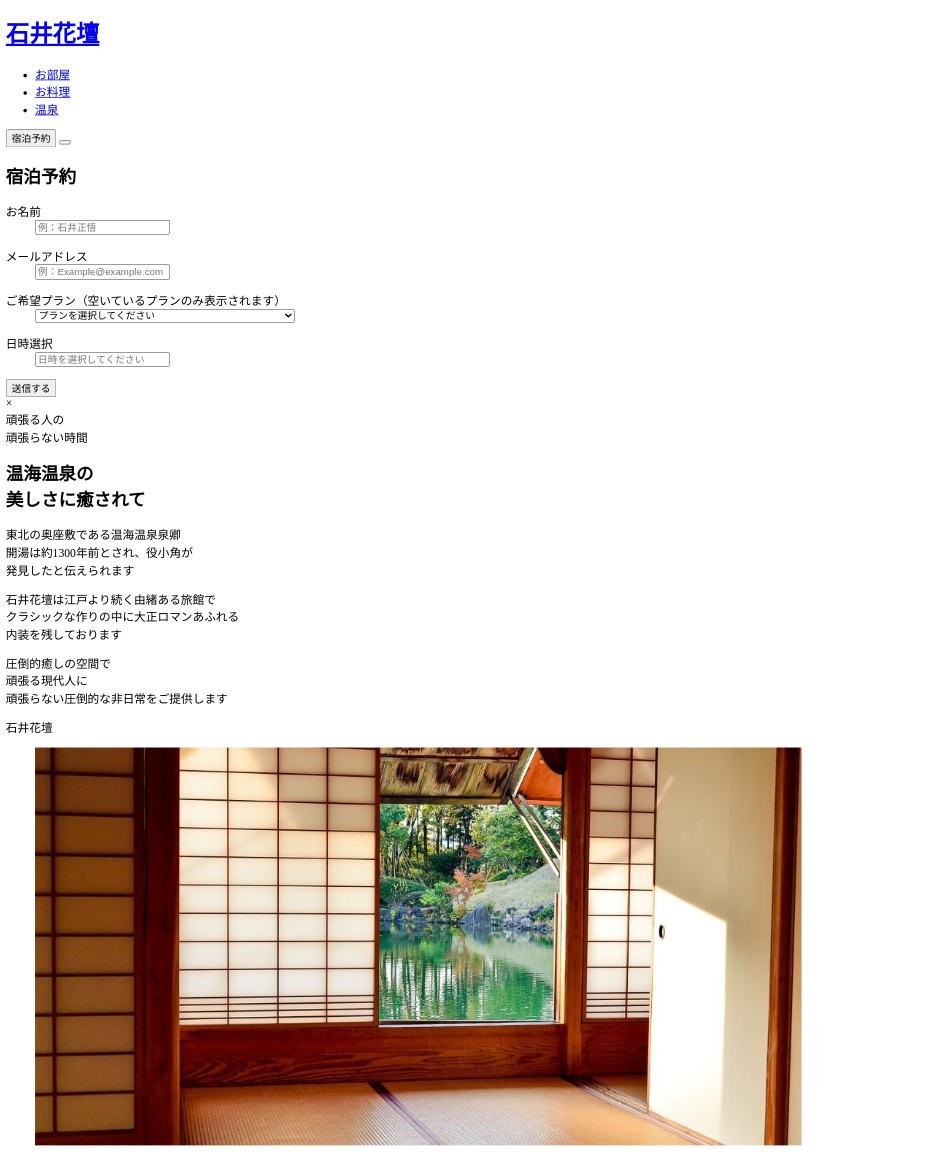
Repository: yuukiyokoyama/compex1
Page: index.html
The author's editor kept a copy of each file at every save. The page is drawn from the files as they stood at one save, then again after the next save.
The browser window is 1280 px wide. The pictures show the whole page, at 73% of full size.

Above is the page before, as saved 2021-09-16 23:57:25.

After the next save:
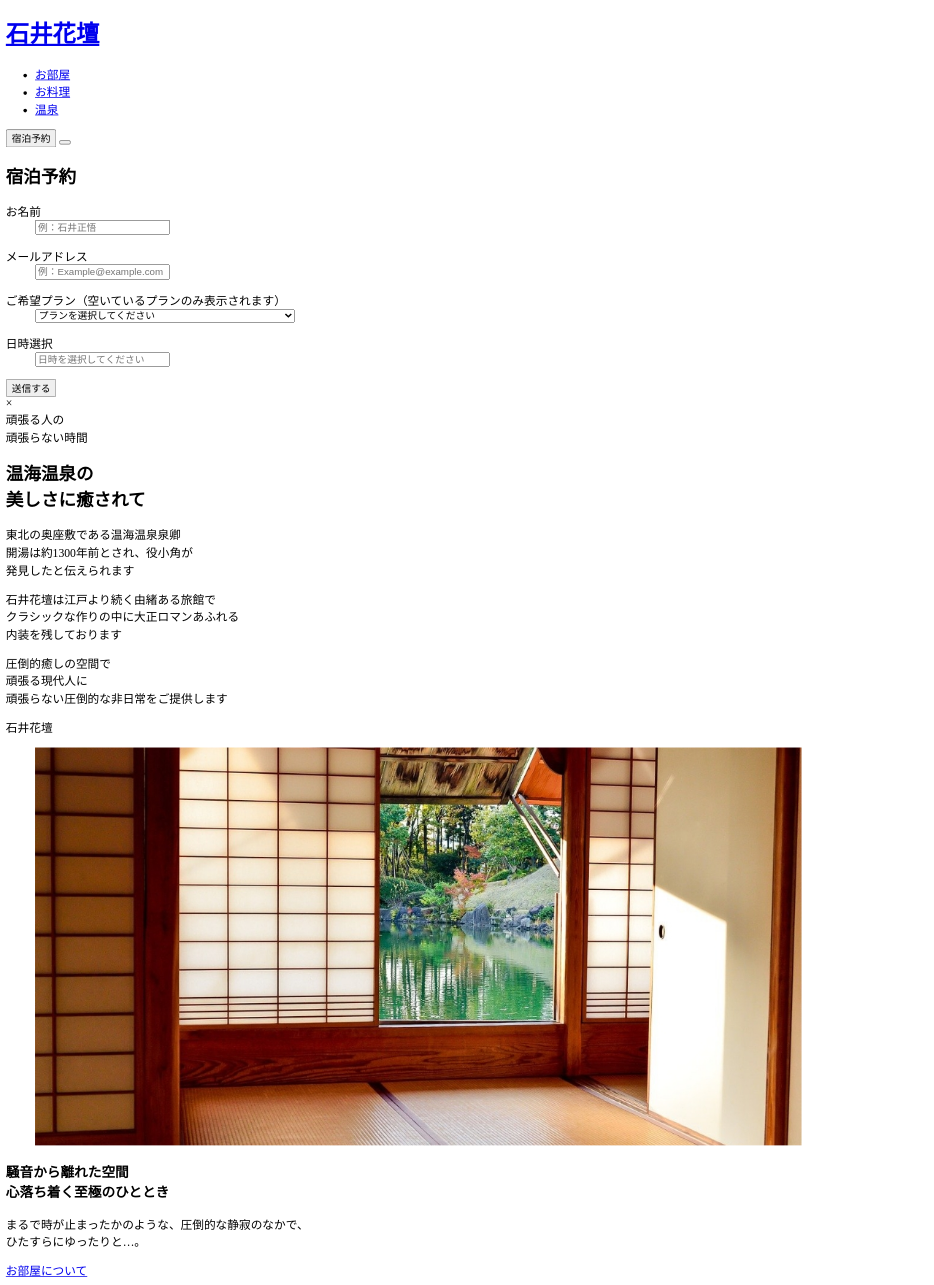
Saved 4 min 11 s later.
--- a/index.html
+++ b/index.html
@@ -161,7 +161,17 @@
               class="contents__body aos-init aos-animate"
               data-aos="fade-up"
               data-aos-duration="2000"
-            ></div>
+            >
+              <h3 class="contents__title">
+                騒音から離れた空間<br />
+                心落ち着く至極のひととき
+              </h3>
+              <p class="contents_text">
+                まるで時が止まったかのような、圧倒的な静寂のなかで、<br />
+                ひたすらにゆったりと…。<br />
+              </p>
+              <a class="coontents__btn" href="room.html">お部屋について</a>
+            </div>
           </div>
         </section>
         <section class="lodging-plan"></section>
